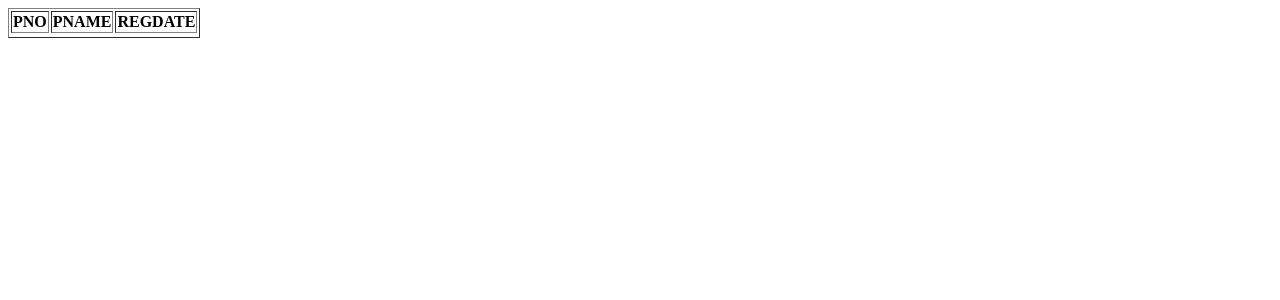
Repository: Raneechoi/java2022_09_03
Page: http://localhost/product/product/list.jsp
These files come from the project's save history. The page is drawn as it stood at one moment and after the next save; the edit follows.
The browser window is 1280 px wide. The pictures show the whole page.
The page is served by Tomcat 9. Other server files are loaded and not shown.

Above is the page before, as saved 2022-11-24 02:42:20.

### JSP_Product/product/src/main/webapp/product/list.jsp
<%@ page language="java" contentType="text/html; charset=UTF-8"
    pageEncoding="UTF-8"%>
<!DOCTYPE html>
<html>
<head>
<meta charset="UTF-8">
<title>Insert title here</title>
</head>
<body>
	<table border="1">
		<thead>
			<tr>
				<th>PNO</th>
				<th>PNAME</th>
				<th>REGDATE</th>
			</tr>
		</thead>
		<tbody>
			<tr>
				<!-- 데이터가 들어올 자리 -->
			</tr>
		</tbody>

	</table>

</body>
</html>

After the next save:
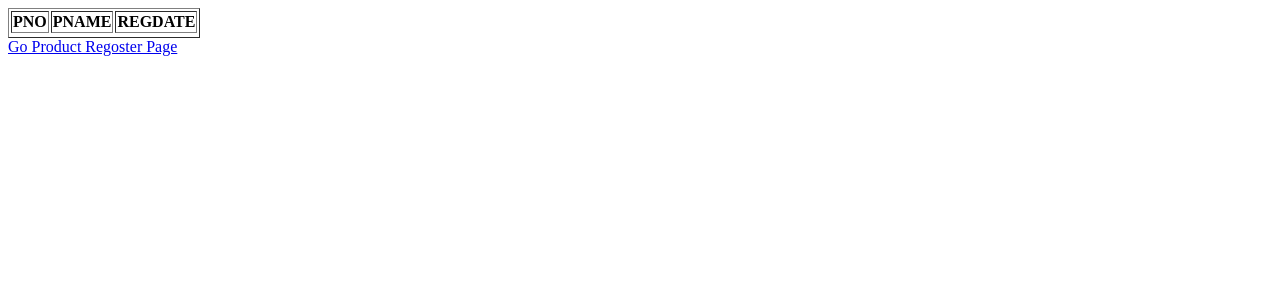
Saved 71 s later.
--- a/JSP_Product/product/src/main/webapp/product/list.jsp
+++ b/JSP_Product/product/src/main/webapp/product/list.jsp
@@ -20,8 +20,9 @@
 				<!-- 데이터가 들어올 자리 -->
 			</tr>
 		</tbody>
+	</table>
 
-	</table>
+	<a href="register.jsp">Go Product Regoster Page</a>
 
 </body>
 </html>
